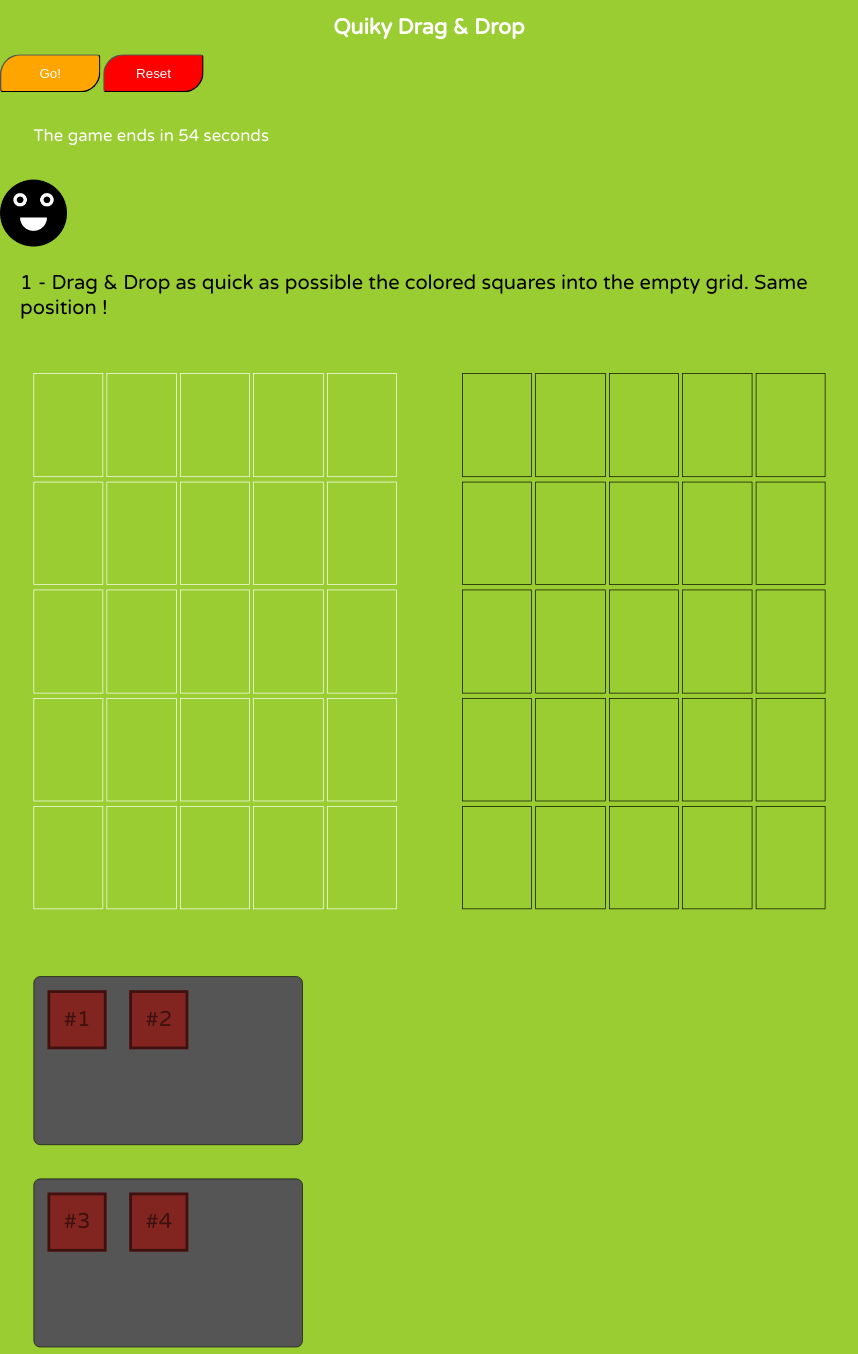
Repository: Siehan/Quiky-drag-and-drop
Page: index.html
An editor plug-in stored every save of this project. The page is shown before and after a run of saves, followed by the edit.
The browser window is 1280 px wide. The pictures show the whole page, at 67% of full size.

Above is the page before, as saved 2020-01-22 15:04:22.
Console error: TypeError: Cannot read properties of null (reading 'addEventListener')

### index.html
<!DOCTYPE html>
<html lang="en">

<head>
  <meta charset="UTF-8">
  <meta name="viewport" content="width=device-width, initial-scale=1.0">
  <meta http-equiv="X-UA-Compatible" content="ie=edge">
  <link rel="stylesheet" type="text/css" href="style.css">
  <script type="module" src="grid.js"></script>
  <script type="text/javascript"></script>
  <title>Document</title>
</head>

<body>
  <header>
    <div></div>
    <h1>Quiky Drag & Drop</h1>
    <button id="button-go">Go!</button>
    <button id="button-reset">Reset</button>
  </header>

  <div id="time"></div>
  <img class="black-face" src="images/1297390581.png" alt="black face">

  <p>1 - Drag & Drop as quick as possible the colored squares into the empty grid. Same position !</p>
  <div id="container">

    <div class="container-one"></div>
    <div class="container-two"></div>
  </div>

  <div class="dropper">
    <div class="draggable">#1</div>
    <div class="draggable">#2</div>
  </div>
  <div class="dropper">
    <div class="draggable">#3</div>
    <div class="draggable">#4</div>
  </div>

</body>

</html>

### style.css
@import url("https://fonts.googleapis.com/css?family=Varela+Round&display=swap");

body, html {
  font-family: 'Varela Round', sans-serif;
  background: yellowgreen;
  color: white;
  margin: 0 auto;
  padding: 0;
}

#button-go {
  width: 150px;
  color: white;
  font-size: 20px;
  background-color: orange;
  padding: 15px;
  border-radius: 30px 5px;
}

#button-reset {
  width: 150px;
  color: white;
  font-size: 20px;
  background-color: red;
  padding: 15px;
  border-radius: 30px 5px;
}

h1 {
  color: white;
  text-align: center;
  border-style: 1px black;
}

p {
  padding: 30px;
  margin: auto;
  font-family: 'Varela Round', sans-serif;
  font-size: 30px;
  color: black;
}

.black-face {
  width: 100px;
}

.thumbs-face {
  width: 100px;
}


#container {
  display: flex;
}

.container-one {
  display: grid;
  padding: 50px;
  grid-template-columns: repeat(5,1fr);
  grid-template-rows: repeat(5,1fr);
  width: 800px;
  height: 800px;
  grid-gap: 7px;
}

.container-two {
  display: grid;
  padding: 50px;
  grid-template-columns: repeat(5,1fr);
  grid-template-rows: repeat(5,1fr);
  width: 800px;
  height: 800px;
  grid-gap: 7px;
}

.container-one div {
  border: 1.5px solid white;
  width: 100%;
}

.container-two div {
  border: 1.5px solid black;
  width: 100%;
}

#time {
  padding: 50px;
  margin: auto;
  color: white;
  font-size: 25px;
}

.dropper {
    margin: 50px 10px 10px 50px;
    width: 400px;
    height: 250px;
    background-color: #555;
    border: 1px solid #111;

    border-radius: 10px;
    transition: all 200ms linear;
}

.drop_hover {
    box-shadow: 0 0 30px rgba(0, 0, 0, 0.8) inset;
}

.draggable {
    display: inline-block;
    margin: 20px 10px 10px 20px;
    padding-top: 20px;
    width: 80px;
    height: 60px;
    color: #3D110F;
    background-color: #822520;
    border: 4px solid #3D110F;
    text-align: center;
    font-size: 2em;
    cursor: move;

    transition: all 200ms linear;
    user-select: none;
}

### grid.js
function selectGeometricForms() {
    const btn = document.getElementById("button-go");
    const btnReset = document.getElementById("button-reset");
}

function setBlockColor() {
    const cases = document.querySelectorAll(".container-one div");
    cases.forEach(
        c =>
            c.style.background = getRandomColor())
}

function getRandomColor() {
    var letters = '0123456789ABCDEF';
    var color = '#';
    for (var i = 0; i < 6; i++) {
        color += letters[Math.floor(Math.random() * 16)];
    }
    return color;
}

function hourglass(id, cpt, lim, prev, next, callback) {
    (function f() {
        var el = document.getElementById(id);
        el.innerHTML = prev + cpt + next;
        if (cpt > lim) {
            cpt--;
            setTimeout(f, 999);
        } else if (callback) {
            callback();
        }
    })();
}

window.onload = function () {
    hourglass('time', 59, 0, 'The game ends in ', ' seconds', function () {
        alert("Game over !");
    });
};

for (let i = 0; i <= 24; i++) {
    var containerOne = document.querySelector(".container-one");
    var newDiv = document.createElement("div");
    newDiv.className = ("caseOne-" + i + " caseTableau1")
    containerOne.appendChild(newDiv);

}
console.log(containerOne);

for (let i = 0; i <= 24; i++) {
    var containerTwo = document.querySelector(".container-two");
    var newDiv2 = document.createElement("div");
    newDiv2.className = ("caseTwo-" + i + " caseTableau2")
    containerTwo.appendChild(newDiv2);
}
console.log(containerTwo);

var dragImg = new Image();
dragImg.src = 'drag_img.png';

document.querySelector('*[draggable="true"]').addEventListener('dragstart', function (e) {

    e.dataTransfer.setDragImage(dragImg, 40, 40); // Une position de 40x40 pixels centrera l'image (de 80x80 pixels) sous le curseur

});
(function () {

    var dndHandler = {

        draggedElement: null, // Propriété pointant vers l'élément en cours de déplacement

        applyDragEvents: function (element) {

            element.draggable = true;

            var dndHandler = this; // Cette variable est nécessaire pour que l'événement « dragstart » ci-dessous accède facilement au namespace « dndHandler »

            element.addEventListener('dragstart', function (e) {
                dndHandler.draggedElement = e.target; // On sauvegarde l'élément en cours de déplacement
                e.dataTransfer.setData('text/plain', ''); // Nécessaire pour Firefox
            });

        },

        applyDropEvents: function (dropper) {

            dropper.addEventListener('dragover', function (e) {
                e.preventDefault(); // On autorise le drop d'éléments
                this.className = 'dropper drop_hover'; // Et on applique le style adéquat à notre zone de drop quand un élément la survole
            });

            dropper.addEventListener('dragleave', function () {
                this.className = 'dropper'; // On revient au style de base lorsque l'élément quitte la zone de drop
            });

            var dndHandler = this; // Cette variable est nécessaire pour que l'événement « drop » ci-dessous accède facilement au namespace « dndHandler »

            dropper.addEventListener('drop', function (e) {

                var target = e.target,
                    draggedElement = dndHandler.draggedElement, // Récupération de l'élément concerné
                    clonedElement = draggedElement.cloneNode(true); // On créé immédiatement le clone de cet élément

                while (target.className.indexOf('dropper') == -1) { // Cette boucle permet de remonter jusqu'à la zone de drop parente
                    target = target.parentNode;
                }

                target.className = 'dropper'; // Application du style par défaut

                clonedElement = target.appendChild(clonedElement); // Ajout de l'élément cloné à la zone de drop actuelle
                dndHandler.applyDragEvents(clonedElement); // Nouvelle application des événements qui ont été perdus lors du cloneNode()

                draggedElement.parentNode.removeChild(draggedElement); // Suppression de l'élément d'origine

            });

        }

    };

    var elements = document.querySelectorAll('.draggable'),
        elementsLen = elements.length;

    for (var i = 0; i < elementsLen; i++) {
        dndHandler.applyDragEvents(elements[i]); // Application des paramètres nécessaires aux éléments déplaçables
    }

    var droppers = document.querySelectorAll('.dropper'),
        droppersLen = droppers.length;

    for (var i = 0; i < droppersLen; i++) {
        dndHandler.applyDropEvents(droppers[i]); // Application des événements nécessaires aux zones de drop
    }

})();


setBlockColor()

After the next 2 saves:
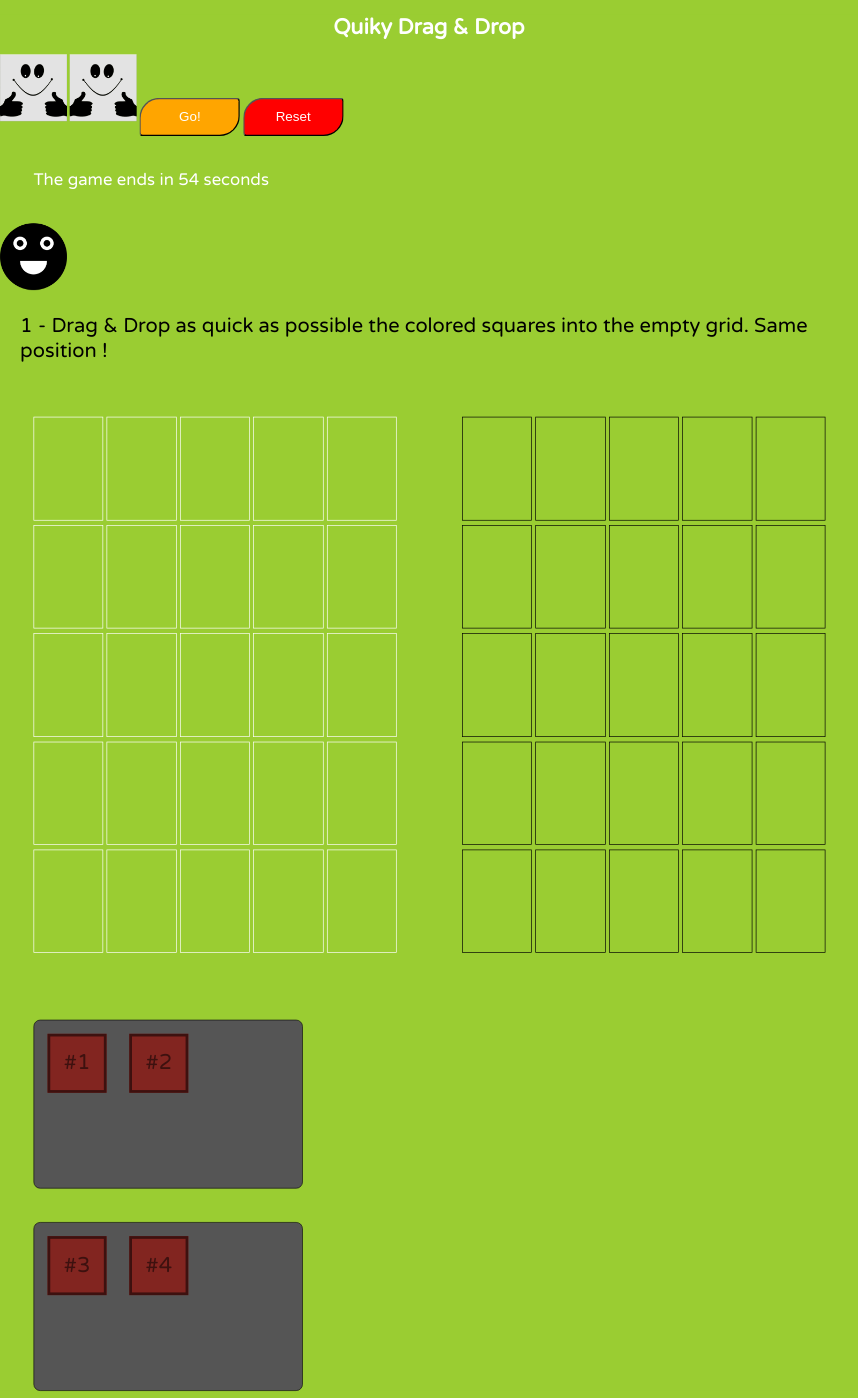
The 2 saves are shown as one change because they came seconds apart.
The last was saved 7 s later.
--- a/index.html
+++ b/index.html
@@ -15,6 +15,9 @@
   <header>
     <div></div>
     <h1>Quiky Drag & Drop</h1>
+    <img class="thumbs-face" src="images/Thumbs-Up-Smiley-Face.png" alt="thumbs face">
+    <img class="thumbs-face" src="images/Thumbs-Up-Smiley-Face.png" alt="thumbs face">
+
     <button id="button-go">Go!</button>
     <button id="button-reset">Reset</button>
   </header>
